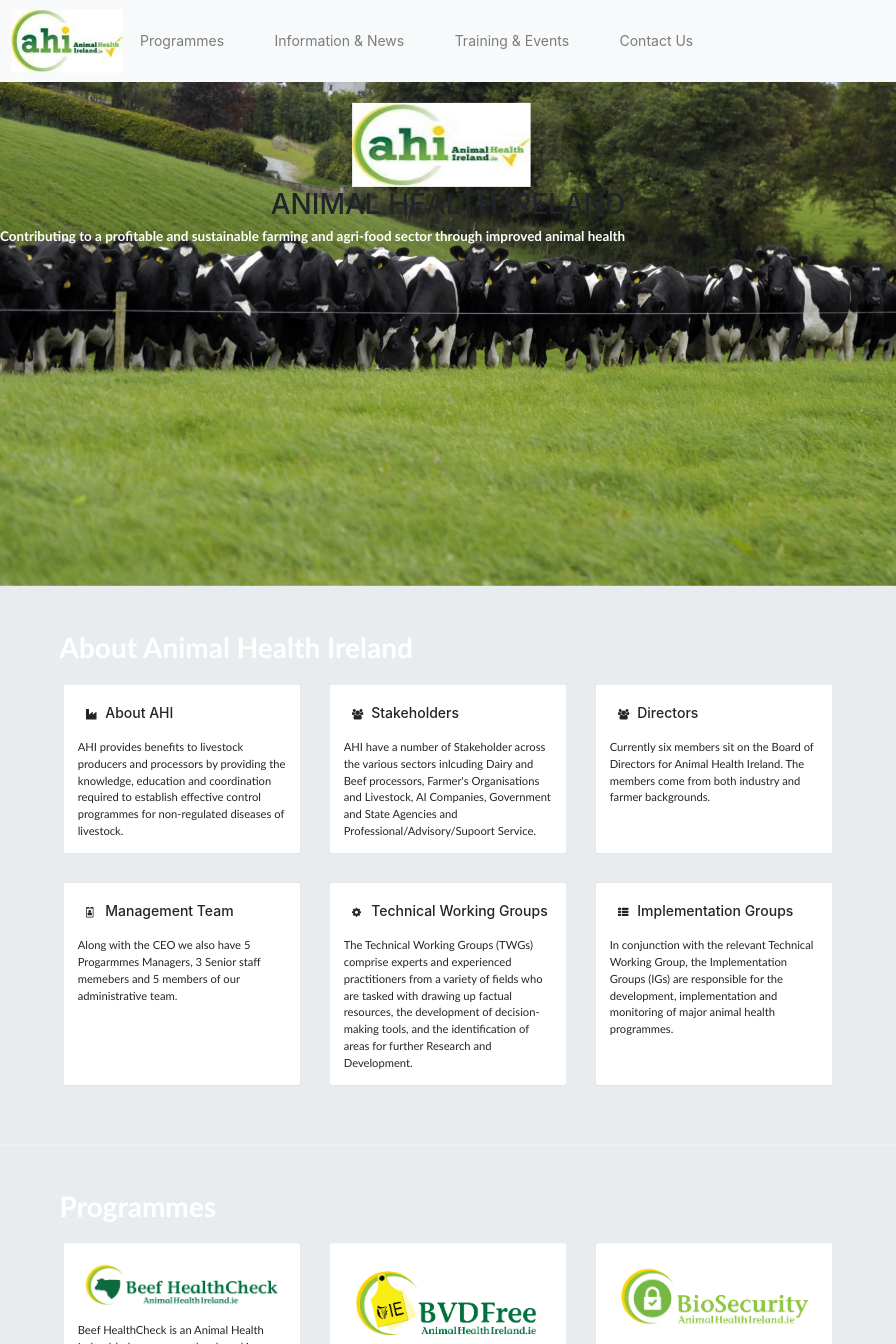
Repository: lisaannbyrne1/MilestoneProject1
Page: index.html
The author's editor kept a record of every edit. The page is drawn from the files as they stood at one moment, then again after the next edit.
The browser window is 1280 px wide. The pictures show the part of the page from y = 0 to 1920 px (the page is 4052 px tall), at 70% of full size.
Backgrounds fixed to the window are drawn as part of the page.

Above is the page before.

After the next edit:
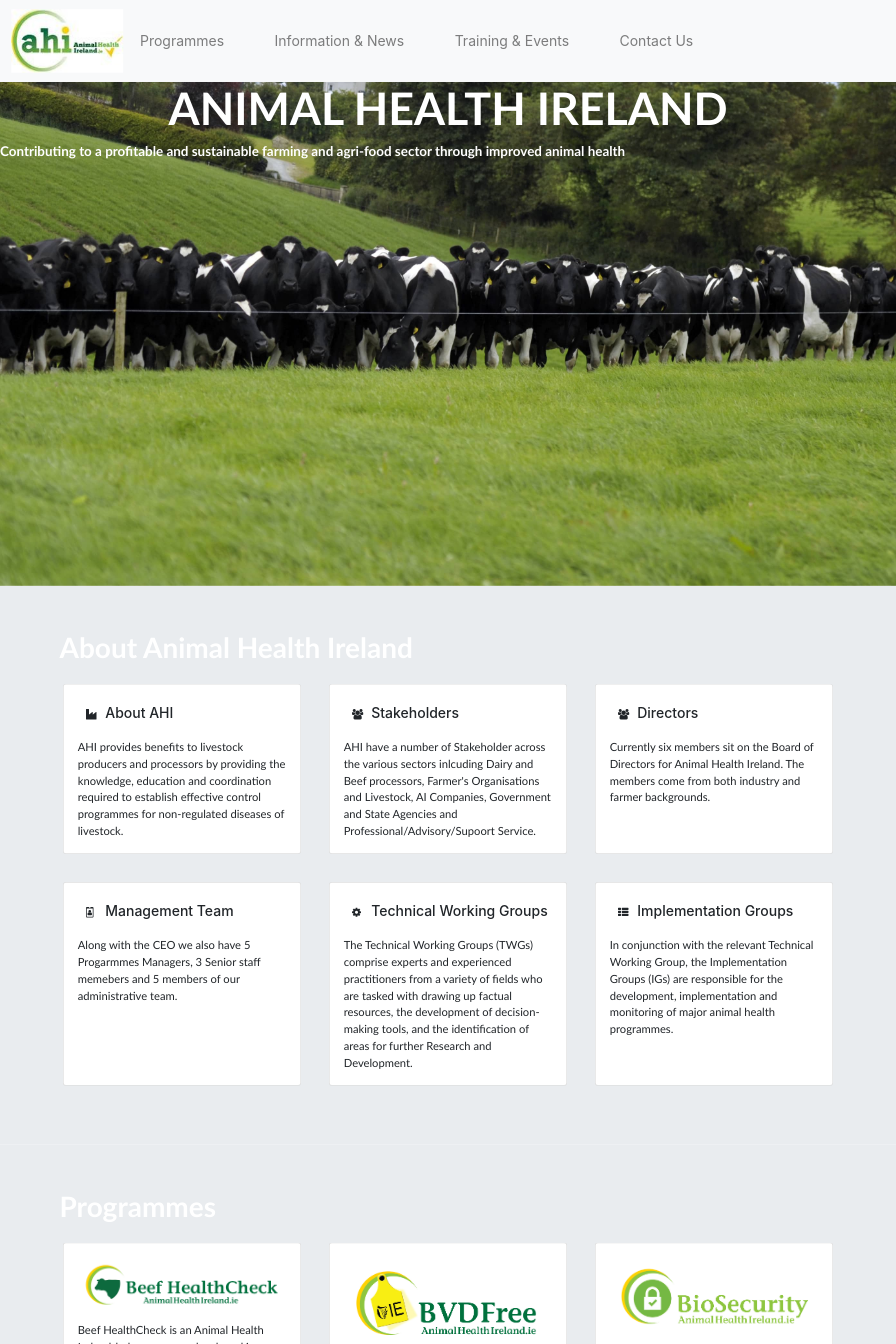
The edit:
--- a/index.html
+++ b/index.html
@@ -46,13 +46,13 @@
 
   <header>
     <div class="header" id="home">
-      <img src="./assets/images/ahi.jpg" alt="AHI" id="logo">
-      <h1 class="text">ANIMAL HEALTH IRELAND</h1>
+      <h1 class="headtext">ANIMAL HEALTH IRELAND</h1>
       <p class="subtext">Contributing to a profitable and sustainable farming and agri-food sector through improved animal health</p>
     </div>
   </header>
 
   <!--About-->
+
   <div class="jumbotron jumbotron-fluid" id="about">
     <section id="about-ahi">
       <div class="container" id="container-about">
